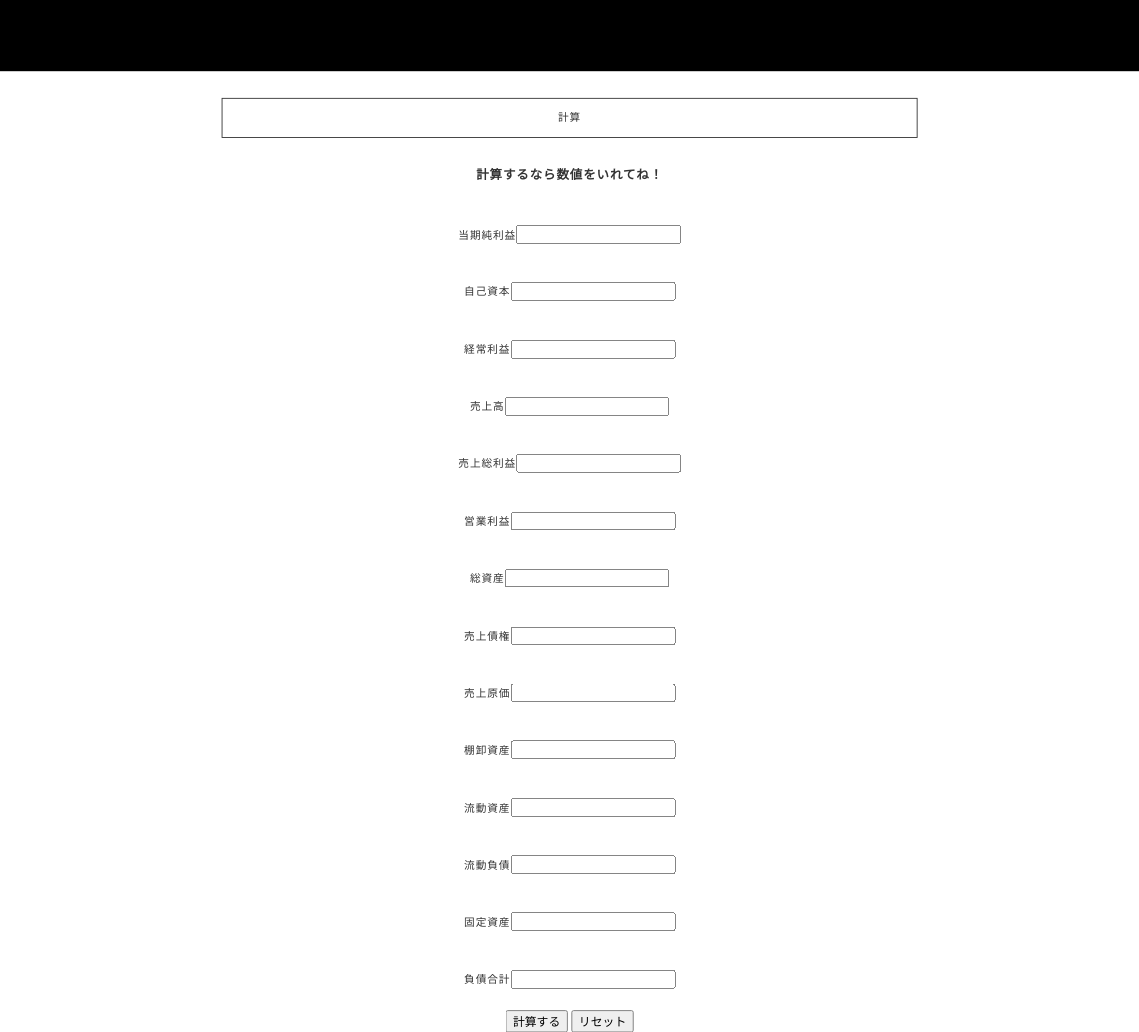
Repository: HattoriKotaro19920408/Keisanchan
Page: http://localhost/Keisanchan/keisan.jsp
The author's editor kept a copy of each file at every save. The page is drawn from the files as they stood at one save, then again after the next save.
The browser window is 1280 px wide. The pictures show the whole page, at 89% of full size.
The page is served by Tomcat 9. Other server files are loaded and not shown.

Above is the page before, as saved 2018-08-11 15:18:19.

### Keisanchan/WebContent/keisan.jsp
<%@ page language="java" contentType="text/html; charset=UTF-8"
    pageEncoding="UTF-8"%>
<%@ taglib prefix="s" uri="/struts-tags" %>
<!DOCTYPE html PUBLIC "-//W3C//DTD HTML 4.01 Transitional//EN" "http://www.w3.org/TR/html4/loose.dtd">
<html>
<head>
<meta http-equiv="Content-Type" content="text/html; charset=utf-8" />
<meta http-equiv="Content-Style-Type" content="text/css" />
<meta http-equiv="Content-Script-Type" content="text/javascript" />
<meta http-equiv="imagetoolbar" content="no" />
<meta name="description" content="" />
<meta name="keywords" content="" />

<title>計算画面</title>
<style type="text/css">
 body{
      margin:0;
      padding:0;
      line-height:1.6;
      letter-spacing:1px;
      font-family:Verdana, Helvetica, sans-serif;
      font-size:12px;
      color:#333;
      background:#fff;
   }
   table{
     text-align:center;
     margin:o auto;
   }

   #top{
     width:780px;
     margin:30px auto;
     border:1px solid #333;
   }
   #header{
     width:100%;
     height:80px;
     background-color:black;
   }
   #main{
     width:100%;
     height:500px;
     text-align:center;
   }
   #footer{
     width:100%;
     height:80px;
     background-color:black;
     clear:both;
   }
   #text-center{
      display:inline-block;
      text-align:center;
   }

</style>
</head>
<body>
<div id="header">
        <div id="pr">
        </div>
</div>
<div id = "main">
       <div id="top">
          <p>計算</p>
       </div>
       <div>
        <h3>計算するなら数値をいれてね！</h3>

       <br/>
       <s:form action="KeisanAction" mesod="get">


<p>当期純利益<input type="number" name="toki" value=""><p/>
<br><p>自己資本<input type="number" name="zikoshi" value=""></p>
<br><p>経常利益<input type="number" name="keijo" value=""></p>
<br><p>売上高<input type="number" name="uriage" value=""></p>
<br><p>売上総利益<input type="number" name="uriage_sori" value=""></p>
<br><p>営業利益<input type="number" name="eigyo" value=""></p>
<br><p>総資産<input type="number" name="total_assets" value=""></p>
<br><p>売上債権<input type="number" name="uriage_saiken" value=""></p>
<br><p>売上原価<input type="number" name="uriage_genka" value=""></p>
<br><p>棚卸資産<input type="number" name="tana" value=""></p>
<br><p>流動資産<input type="number" name="ryudo_assets" value=""></p>
<br><p>流動負債<input type="number" name="ryudo_fusai" value=""></p>
<br><p>固定資産<input type="number" name="kotei_assets" value=""></p>
<br><p>負債合計<input type="number" name="total_fusai" value=""></p>
</s:form>


<p><input type="submit" value="計算する"> <input type="reset" value="リセット"></p>



       <div id="text-link">

       </div>
       </div>
   </div>
</body>
</html>

After the next save:
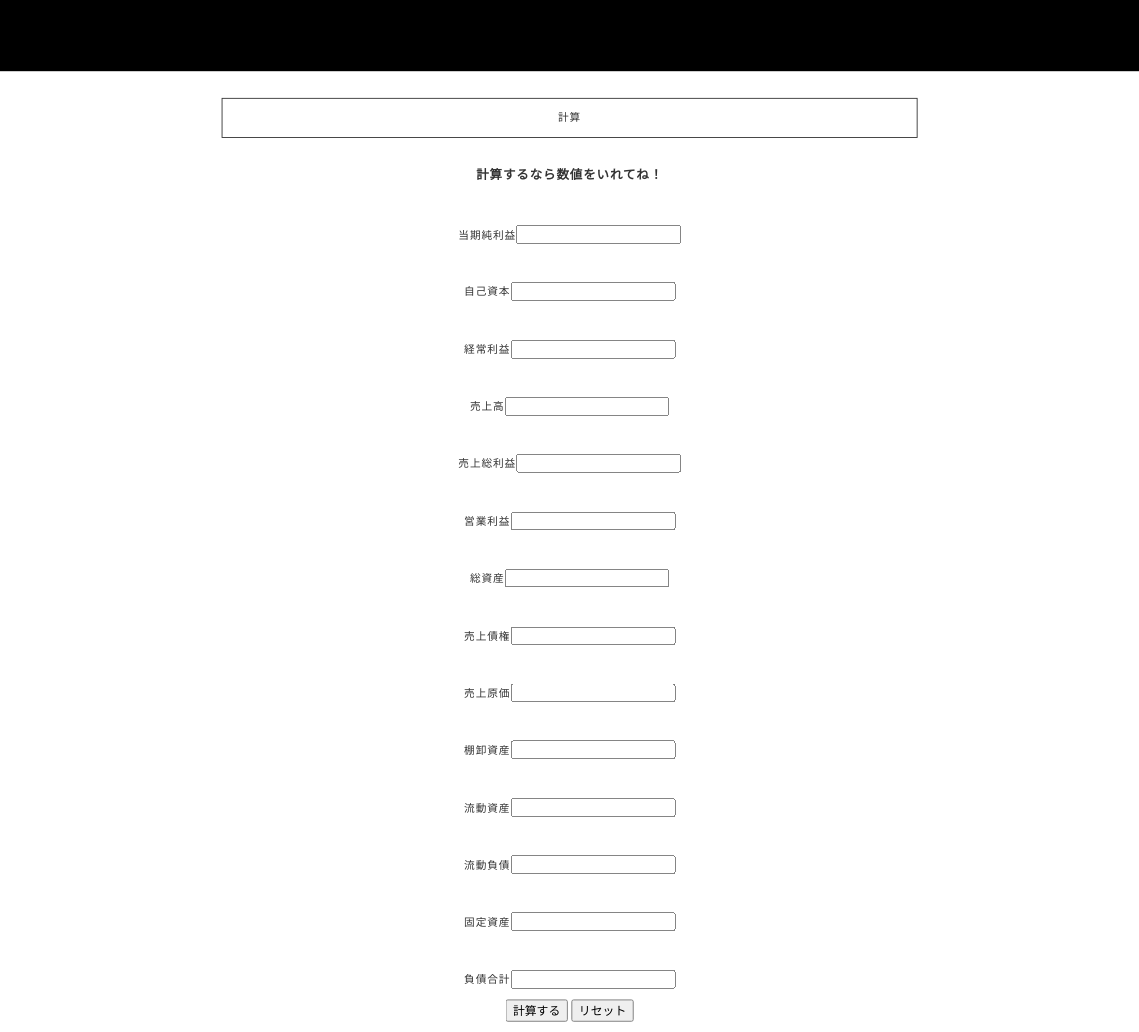
Saved 20 s later.
--- a/Keisanchan/WebContent/keisan.jsp
+++ b/Keisanchan/WebContent/keisan.jsp
@@ -86,11 +86,11 @@
 <br><p>流動負債<input type="number" name="ryudo_fusai" value=""></p>
 <br><p>固定資産<input type="number" name="kotei_assets" value=""></p>
 <br><p>負債合計<input type="number" name="total_fusai" value=""></p>
-</s:form>
+
 
 
 <p><input type="submit" value="計算する"> <input type="reset" value="リセット"></p>
-
+</s:form>
 
 
        <div id="text-link">
